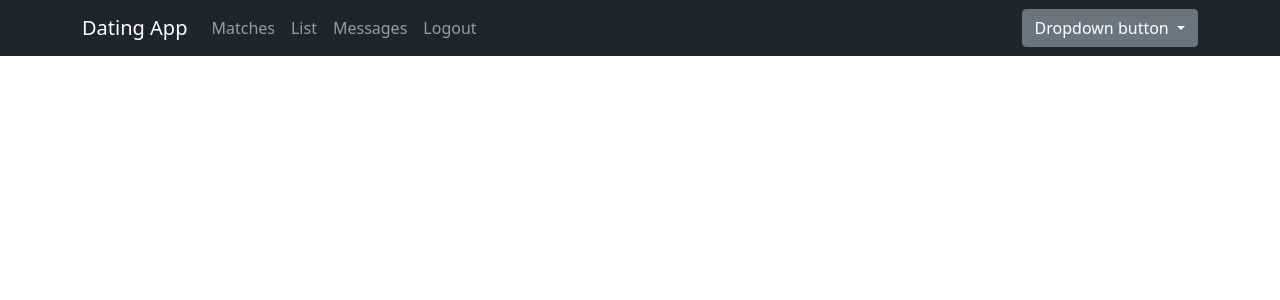
Repository: pedroHenriFeLima/DotNetCoreANDAngularDatingApp
Page: / (app in client/)
These files come from the project's save history. The page is drawn as it stood at one moment and after the next save; the edit follows.
The browser window is 1280 px wide. The pictures show the whole page.
The page's requests for data from a server got no answer. The project was rebuilt for these pictures with package versions that can differ from the ones it lists, and the page was loaded fresh each time. No one was signed in, and anything a server would have sent is missing. Also part of the build but not shown: client/angular.json.

Above is the page before, as saved 2021-10-16 19:52:13.

After the next save:
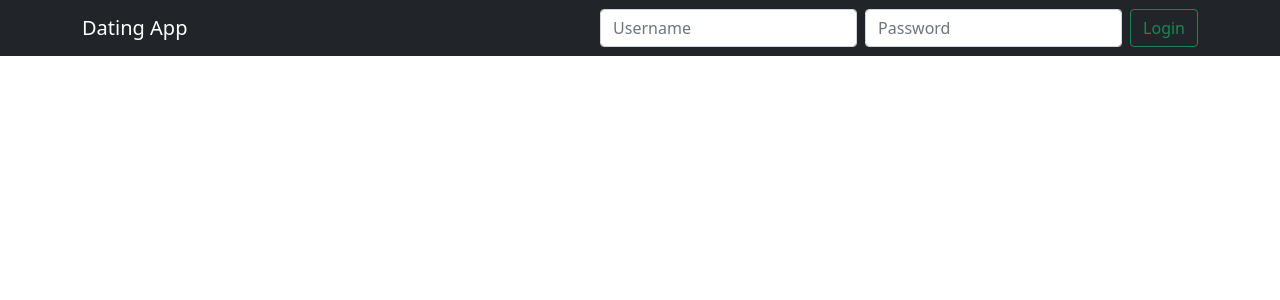
Saved 2 min 14 s later.
--- a/client/src/app/nav/nav.component.ts
+++ b/client/src/app/nav/nav.component.ts
@@ -11,12 +11,10 @@ import { AccountService } from '../_services/account.service';
 export class NavComponent implements OnInit {
 
   model:any = {}
-  //creating an observable
-  currentUser$:Observable<User>;
-  constructor(private accountService: AccountService) { }
+
+  constructor(public accountService: AccountService) { }
 
   ngOnInit(): void {
-    this.currentUser$ = this.accountService.currentUser$;
   }
 
   login(){

After the save that followed:
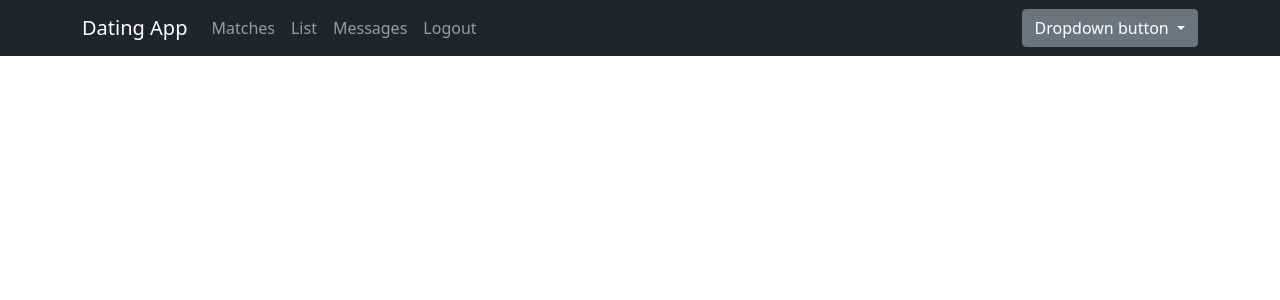
Saved 34 s later.
--- a/client/src/app/nav/nav.component.html
+++ b/client/src/app/nav/nav.component.html
@@ -2,7 +2,7 @@
   <div class="container">
     <a class="navbar-brand" href="#">Dating App</a>
 
-      <ul class="navbar-nav me-auto mb-2 mb-md-0" *ngIf="currentUser$ | async">
+      <ul class="navbar-nav me-auto mb-2 mb-md-0" *ngIf="accountService.currentUser$ | async">
         <li class="nav-item">
           <a class="nav-link" aria-current="page" href="#">Matches</a>
         </li>
@@ -16,7 +16,7 @@
           <a class="nav-link" (click)="logOut()">Logout</a>
         </li>
       </ul>
-      <div class="dropdown" *ngIf="currentUser$ | async">
+      <div class="dropdown" *ngIf="accountService.currentUser$ | async">
         <button class="btn btn-secondary dropdown-toggle" type="button" id="dropdownMenuButton1" data-bs-toggle="dropdown">
           Dropdown button
         </button>
@@ -25,7 +25,7 @@
           <li><a class="dropdown-item" href="#" (click)="logOut()">Logout Profile</a></li>
         </ul>
       </div>
-      <form #loginForm="ngForm" class="d-flex" (ngSubmit)="login()" autocomplete="off" *ngIf="(currentUser$ | async) === null">
+      <form #loginForm="ngForm" class="d-flex" (ngSubmit)="login()" autocomplete="off" *ngIf="(accountService.currentUser$| async) === null">
         <input name="username" [(ngModel)]="model.username" class="form-control me-2" type="text" placeholder="Username">
         <input name="password" [(ngModel)]="model.password" class="form-control me-2" type="password" placeholder="Password">
         <button class="btn btn-outline-success" type="submit">Login</button>
